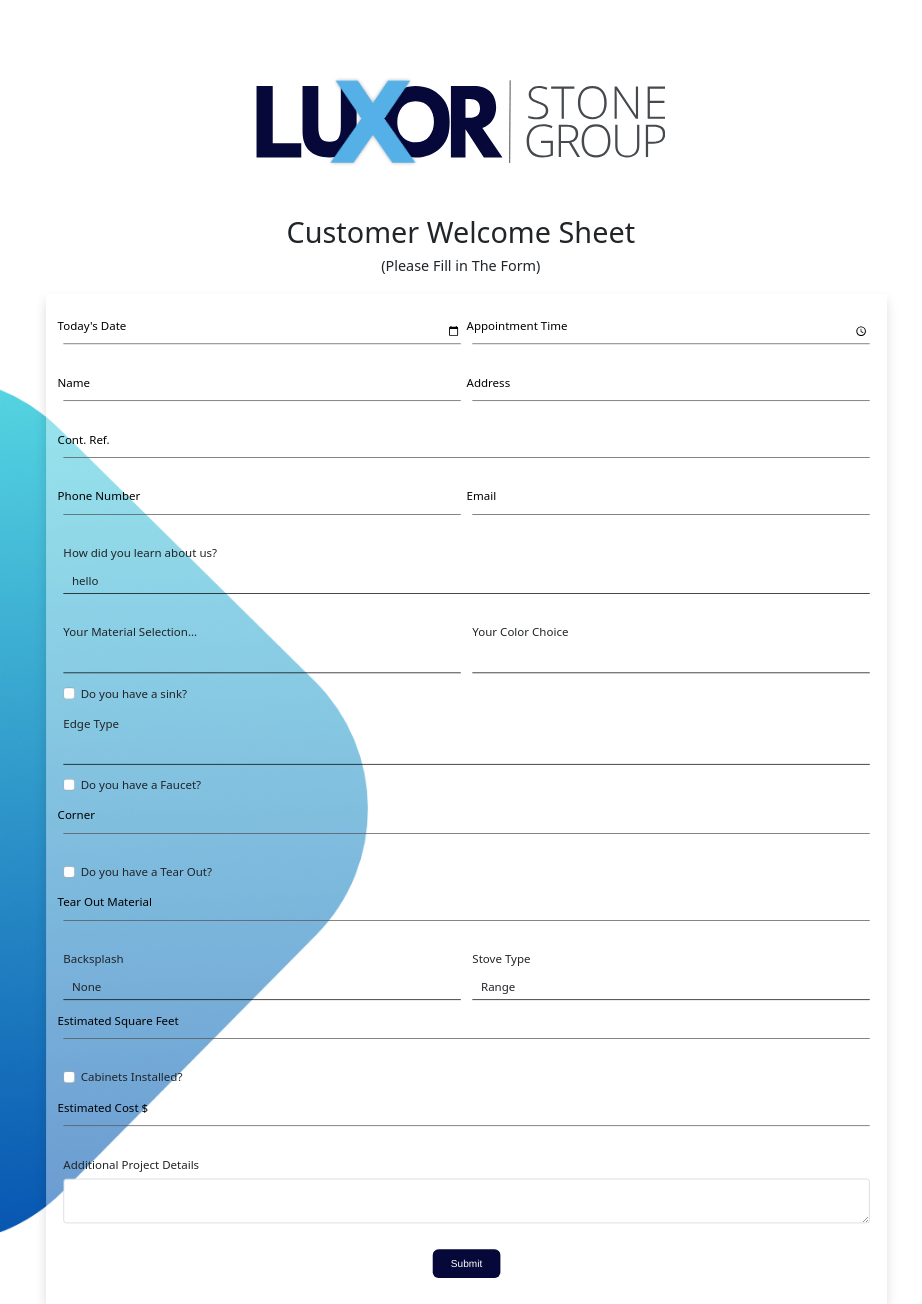
Repository: aya7abbal/Luxor-Customer-Form
Page: index.html
An editor plug-in stored every save of this project. The page is shown before and after the next save, followed by the edit.
The browser window is 1280 px wide. The pictures show the whole page, at 72% of full size.
The style sheet was rebuilt from its Sass, Less or Tailwind sources for each picture, by a compiler version that may differ from the author's.

Above is the page before, as saved 2023-10-21 15:29:29.

After the next save:
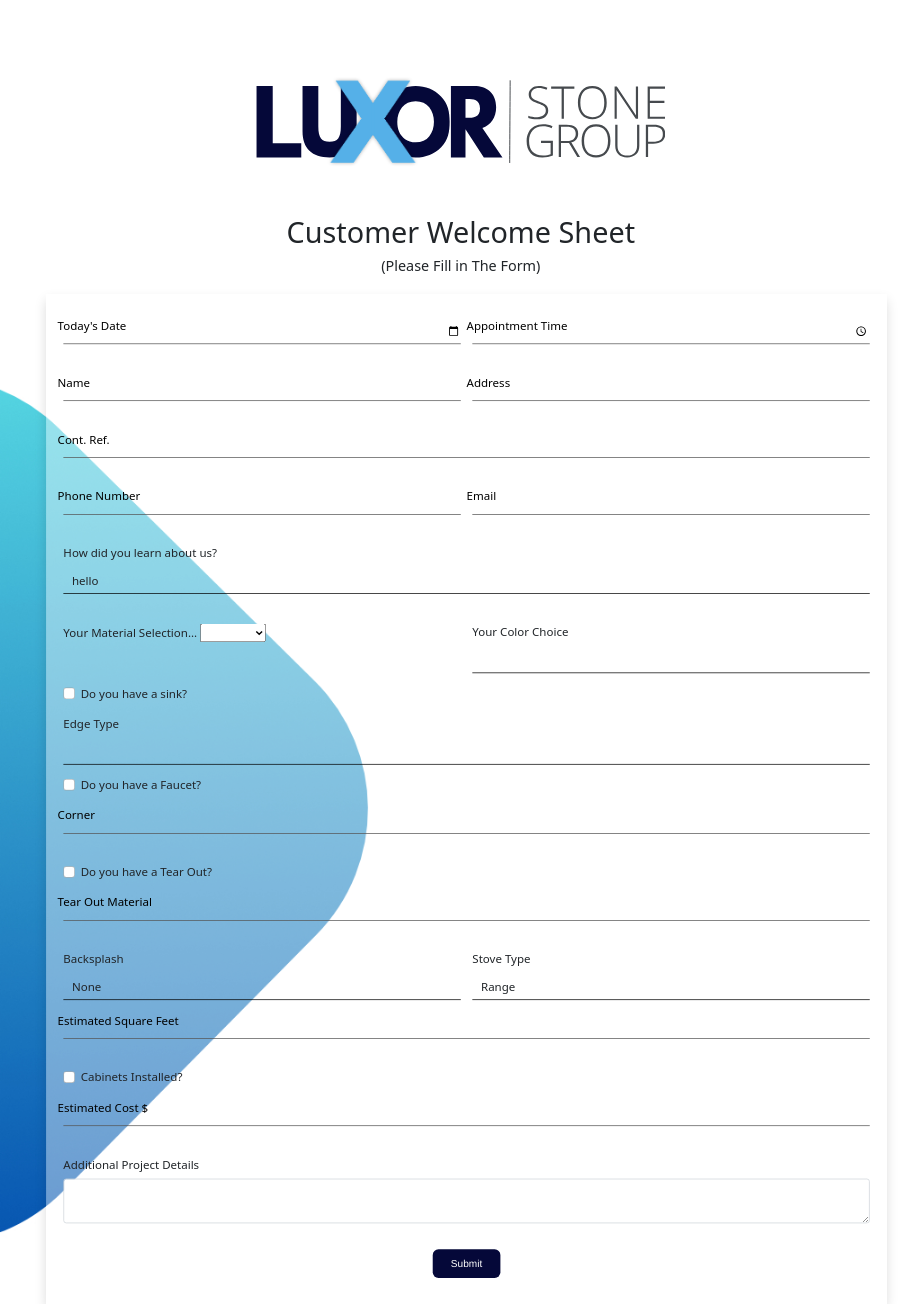
Saved 35 s later.
--- a/index.html
+++ b/index.html
@@ -94,10 +94,10 @@
         </div>
         <!-- Material Selection -->
         <div class="col-md-6">
-          <label for="material" class="form-label"
+          <label for="material"
             >Your Material Selection...</label
           >
-          <select id="material" class="form-select">
+          <select id="material" >
 
             <option selected  class="select-selected"> </option>
             <option>answer 2</option>
